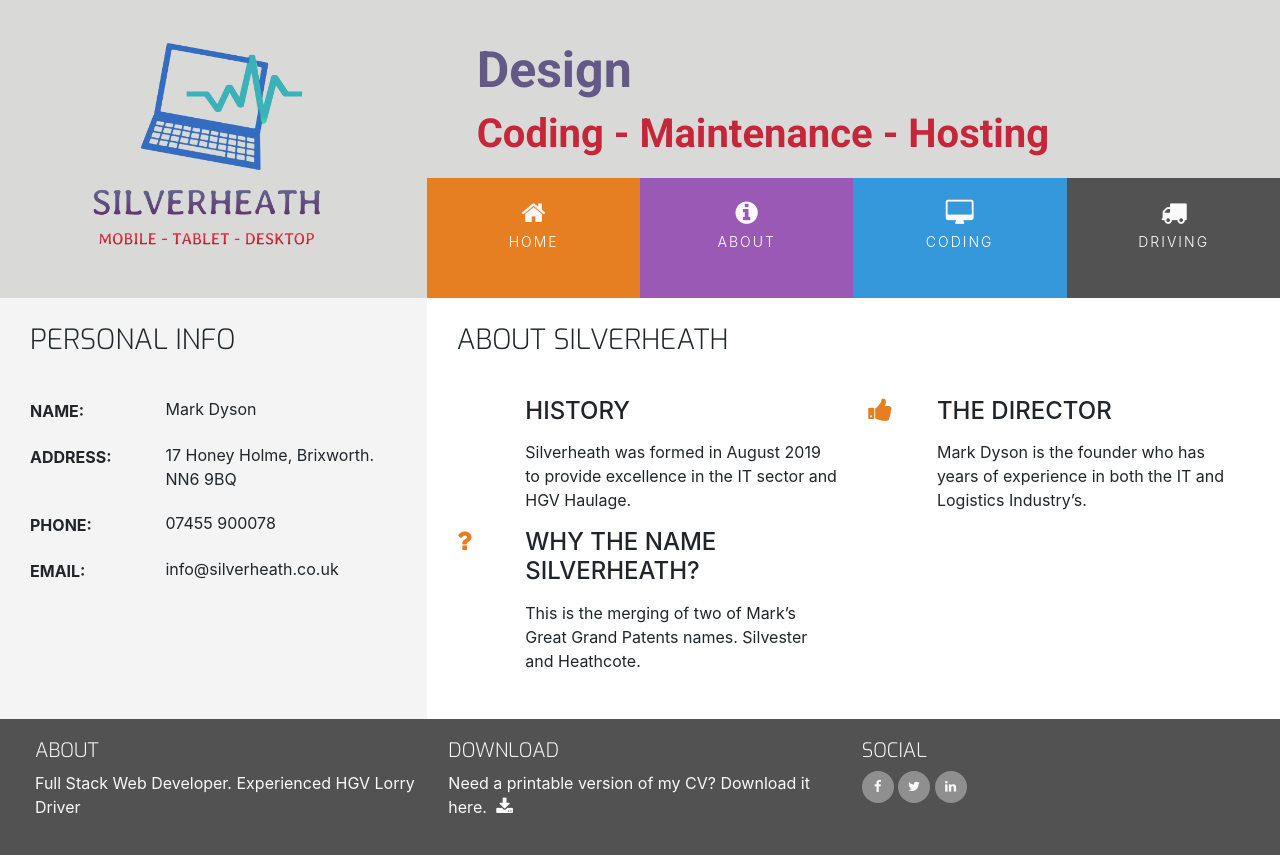
Repository: Code-Institute-Submissions/silverheath
Page: about.html
The author's editor kept a record of every edit. The page is drawn from the files as they stood at one moment, then again after the next edit.
The browser window is 1280 px wide. The pictures show the whole page.
Some web libraries are served in a nearby version.

Above is the page before.

### about.html
<!DOCTYPE html>
<html lang="en">

<head>
    <meta charset="UTF-8">
    <meta name="viewport" content="width=device-width, initial-scale=1.0">
    <meta http-equiv="X-UA-Compatible" content="ie=edge">
    <link rel="stylesheet" href="https://maxcdn.bootstrapcdn.com/bootstrap/4.2.1/css/bootstrap.min.css" type="text/css" />
    <link rel="stylesheet" href="https://maxcdn.bootstrapcdn.com/font-awesome/4.7.0/css/font-awesome.min.css" type="text/css" />
    <link rel="stylesheet" href="https://cdnjs.cloudflare.com/ajax/libs/hover.css/2.1.1/css/hover-min.css" type="text/css" />
    <link rel="stylesheet" href="assets/css/style.css">
    <title>SilverHeath</title>
</head>

<body>
    <header>
        <div class="row no-gutters">
            <a class="col-md-4 logo" href="02-index.html"></a>
            <div class="col-md-8">
                <div class="row no-gutters bg-color-name-title">
                    <div class="col heading">
                        <h1 class="name" <h1 class="name">Design</h1>
                        <h2 class="title">Coding - Maintenance - Hosting</h2>
                    </div>
                </div>
                <div class="row no-gutters">
                    <div class="col">
                        <ul id="nav" class="list-inline menucontainer">
                            <li class="col-6 col-sm-3 list-inline-item ui-menu-color-home menuitem">
                                <a href="index.html" class="hvr-sweep-to-bottom"><i class="fa fa-home" aria-hidden="true"></i><span>Home</span></a>
                            </li>
                            <li class="col-6 col-sm-3 list-inline-item ui-menu-color-about menuitem">
                                <a href="about.html" class="hvr-sweep-to-bottom"><i class="fa fa-info-circle" aria-hidden="true"></i><span>About</span></a>
                            </li>
                            <li class="col-6 col-sm-3 list-inline-item ui-menu-color-contact menuitem">
                                <a href="coding_index.html" class="hvr-sweep-to-bottom"><i class="fa fa-desktop" aria-hidden="true"></i><span>Coding</span></a>
                            </li>
                            <li class="col-6 col-sm-3 list-inline-item ui-menu-color-download menuitem">
                                <a href="lorry_index.html" target="_blank" class="hvr-sweep-to-bottom"><i class="fa fa-truck" aria-hidden="true"></i><span>Driving</span></a>
                            </li>
                        </ul>
                    </div>
                </div>
            </div>
        </div>
    </header>
    <section class="container-fluid">
        <div class="row">
            <div class="col-md-4 bg-color-personal-info section-column">
                <div class="row">
                    <div class="col-12">
                        <h3 class="section-heading uppercase">
                            Personal Info
                        </h3>
                    </div>
                </div>
                <div class="personal-info-item">
                    <div class="key">
                        <p class="uppercase">
                            Name:
                        </p>
                    </div>
                    <div class="value">
                        <p>
                            Mark Dyson
                        </p>
                    </div>
                </div>
                <div class="personal-info-item">
                    <div class="key">
                        <p class="uppercase">
                            Address:
                        </p>
                    </div>
                    <div class="value">
                        <p>
                            17 Honey Holme, Brixworth. NN6 9BQ
                        </p>
                    </div>
                </div>
                <div class="personal-info-item">
                    <div class="key">
                        <p class="uppercase">
                            Phone:
                        </p>
                    </div>
                    <div class="value">
                        <p>
                            07455 900078
                        </p>
                    </div>
                </div>
                <div class="personal-info-item">
                    <div class="key">
                        <p class="uppercase">
                            Email:
                        </p>
                    </div>
                    <div class="value">
                        <p>
                            info@silverheath.co.uk
                        </p>
                    </div>
                </div>
            </div>
            <div class="col-md-8 bg-color-three-reasons section-column">
                <div class="row">
                    <div class="col">
                        <h3 class="section-heading uppercase">About SilverHeath</h3>
                    </div>
                </div>
                <div class="row">
                    <div class="col-10 offset-1 offset-sm-0 col-sm-4 col-md-6">
                        <div class="row">
                            <div class="col-2">
                                <i class="three-reasons-icon fas fa-monument" aria-hidden="true"></i>
                            </div>
                            <div class="col-10">
                                <h4 class="three-reasons-heading uppercase">History</h4>
                                <p>
                                   Silverheath was formed in August 2019 to provide excellence in the IT sector and HGV Haulage.
                                </p>
                            </div>
                        </div>
                    </div>
                    <div class="col-10 offset-1 offset-sm-0 col-sm-4 col-md-6">
                        <div class="row">
                            <div class="col-2">
                                <i class="three-reasons-icon fa fa-thumbs-up" aria-hidden="true"></i>
                            </div>
                            <div class="col-10">
                                <h4 class="three-reasons-heading uppercase">The Director</h4>
                                <p>
                                    Mark Dyson is the founder who has years of experience in both the IT and Logistics Industry’s.
                                </p>
                            </div>
                        </div>
                    </div>
                    <div class="col-10 offset-1 offset-sm-0 col-sm-4 col-md-6">
                        <div class="row">
                            <div class="col-2">
                                <i class="three-reasons-icon fa fa-question" aria-hidden="true"></i>
                            </div>
                            <div class="col-10">
                                <h4 class="three-reasons-heading uppercase">Why the name Silverheath?</h4>
                                <p>
                                    This is the merging of two of Mark’s Great Grand Patents names. Silvester and Heathcote.
                                </p>
                            </div>
                        </div>
                    </div>
                </div>
            </div>
        </div>

    </section>
    <footer class="container-fluid">
        <div id="footer-details" class="row">
            <div class="col-sm-4">
                <h5 class="uppercase general-sub">About</h5>
                <p class="inline-block">
                    Full Stack Web Developer. Experienced HGV Lorry Driver
                </p>
            </div>
            <div class="col-sm-4">
                <h5 class="uppercase general-sub">Download</h5>
                <p class="inline-block">
                    Need a printable version of my CV? Download it here.
                    <a href="assets/cv/cv.pdf" target="_blank" class="cv-pdf">
                                    <i class="fa fa-download" aria-hidden="true"></i>
                                    <span class="sr-only">Download link.</span>
                                </a>
                </p>
            </div>
            <div class="col-sm-4">
                <h5 class="uppercase general-sub">Social</h5>
                <ul class="list-inline social-links">
                    <li class="list-inline-item">
                        <a target="_blank" href="https://www.facebook.com/T123MRD">
                                        <i class="fa fa-facebook" aria-hidden="true"></i>
                                        <span class="sr-only">Facebook</span>
                                    </a>
                    </li>
                    <li class="list-inline-item">
                        <a target="_blank" href="https://twitter.com/md1858">
                                        <i class="fa fa-twitter" aria-hidden="true"></i>
                                        <span class="sr-only">Twitter</span>
                                    </a>
                    </li>
                    <li class="list-inline-item">
                        <a target="_blank" href="https://www.linkedin.com/in/mark-dyson-ba7397a1/">
                                        <i class="fa fa-linkedin" aria-hidden="true"></i>
                                        <span class="sr-only">LinkedIn</span>
                                    </a>
                    </li>



                </ul>
            </div>
        </div>
    </footer>
</body>

</html>

### assets/css/style.css
@import url('https://fonts.googleapis.com/css?family=Roboto:100,200,300,400,500,600,700|Exo:100,200,300,400,500,600,700');

/*--------------------------------------------Colors*/

.bg-color-name-title {
    background-color: #D9D9D8;
}

.bg-color-three-reasons {
    background-color: #fff;
}

.bg-color-personal-info {
    background-color: #f4f4f4;
}

.bg-color-work-history {
    background-color: #9b59b6;
}

.bg-color-contact {
    background-color: #fff;
}

.ui-menu-color-home {
    background-color: #e67e22;
}

.ui-menu-color-resume {
    background-color: #9b59b6;
}

.ui-menu-color-about {
    background-color: #9b59b6;
}

.ui-menu-color-contact {
    background-color: #3498db;
}

.ui-menu-color-download {
    background-color: #525252;
}

.row-table {
    display: table;
}

.section-column {
    display: table-cell;
    padding: 0 30px 30px;
    float: none;
}

.section-heading {
    font-family: "Exo", sans-serif;
    font-weight: 300;
    margin-top: 25px;
    margin-bottom: 40px;
}

/* ----------------------------------------Special paddings/margins/text */

h1,
h2,
h3,
h4 {
    margin: 0;
}

.uppercase {
    text-transform: uppercase;
}

.general-sub {
    font-family: "Exo", sans-serif;
    font-weight: 300;
    color: #fafafa;
}

.inline-block {
    display: inline-block;
}

.row-table {
    display: table;
}

.section-column {
    display: table-cell;
    padding: 0 30px 30px;
    float: none;
}

.history-heading,
.section-heading {
    font-family: "Exo", sans-serif;
    font-weight: 300;
    margin-top: 25px;
    margin-bottom: 40px;
}


/*--------------------------------------------Heading*/

header {
    margin: 0;
}

.heading {
    margin-top: 30px;
    margin-left: 50px;
}

.logo {
    background: url("../images/logo.jpg");
    background-position: center;
    background-repeat: no-repeat;
    background-size: contain;
    background-color: #D9D9D8;
    min-height: 160px;
    transition: all .5s ease-in-out;
    -moz-transition: all .5s ease-in-out;
    -webkit-transition: all .5s ease-in-out;
}

.name {
    font-family: "Roboto", sans-serif;
    font-weight: 800;
    font-size: 50px;
    margin-top: 10px;
    margin-bottom: 10px;
    color: #625986;
}

.title {
    font-family: "Roboto", sans-serif;
    font-weight: 800;
    font-size: 40px;
    margin-top: 5px;
    margin-bottom: 20px;
    color: #C52639;
    text-align: left;
}

.list-inline-item:not(:last-child) {
    margin: 0;
}

.menucontainer {
    font-size: 0;
}

#nav li {
    font-size: 14px;
    padding: 0;
}

#nav {
    margin: 0;
}

.menuitem {
    height: 120px;
    text-align: center;
    padding: 0;
}

.menuitem a {
    width: 100%;
    text-decoration: none;
    color: #fff;
    height: 120px;
}

.menuitem a i {
    padding-top: 22px;
    display: block;
    color: #fafafa;
    font-size: 26px;
}

.menuitem span {
    display: block;
    width: 100%;
    padding-top: 5px;
    text-align: center;
    text-transform: uppercase;
    font-size: 14px;
    font-weight: 300;
    letter-spacing: 2px;
}

/*--------------------------------------------Hover.css*/

.hvr-sweep-to-bottom:before {
    background: rgba(0, 0, 0, 0.2);
    height: 120px;
}

/* ----------------------------------------Footer */

footer {
    background-color: #525252;
    color: #fafafa;
    min-height: 120px;
    margin: 0;
}

.cv-pdf i {
    font-size: 18px;
    color: #fafafa;
    text-align: center;
    padding-left: 5px;
    transition: all 0.35s ease-in-out;
    -moz-transition: all 0.35s ease-in-out;
    -webkit-transition: all 0.35s ease-in-out;
    -o-transition: all 0.35s ease-in-out;
}

.cv-pdf i:hover {
    color: #e84610;
}

.social-links {
    padding-bottom: 15px;
}

.social-links li a i {
    width: 32px;
    height: 32px;
    padding: 12px 0;
    border-radius: 50%;
    font-size: 13px;
    line-height: 7px;
    text-align: center;
    color: #fafafa;
    background: #8f8f8f;
    transition: all 0.35s ease-in-out;
    -moz-transition: all 0.35s ease-in-out;
    -webkit-transition: all 0.35s ease-in-out;
    -o-transition: all 0.35s ease-in-out;
}

.social-links li a i:hover {
    background: #e84610;
}

#footer-details {
    padding: 20px;
}

/* ----------------------------------------Three Reasons */

.three-reasons-icon {
    font-size: 26px;
    color: #e67e22;
}

.three-reasons-heading {
    margin-bottom: 15px;
}

/* ----------------------------------------Personal Info */

.personal-info-item {
    margin-bottom: 20px;
    display: block;
    clear: both;
}

.personal-info-item .key,
.personal-info-item .value {
    padding-right: 8px;
    display: inline-block;
}

.personal-info-item .key p,
.personal-info-item .value p {
    margin: 0;
}

.personal-info-item .key {
    width: 30%;
    margin-right: 21px;
    padding-top: 2px;
    vertical-align: top;
}

.personal-info-item .key p {
    font-weight: 700;
}

.personal-info-item .value {
    position: relative;
    width: 60%;
}

/* ----------------------------------------Skills */

.progress {
    position: relative;
    height: 25px;
    margin-bottom: 4px;
}

.progress-type {
    position: absolute;
    left: 0px;
    font-weight: 400;
    padding: 3px 30px 2px 10px;
    color: #fafafa;
    background-color: rgba(25, 25, 25, 0.2);
}

.progress-section {
    margin: 40px 20px;
}

/* ----------------------------------------Work History */

.history-heading {
    color: #fafafa;
    margin-bottom: 50px;
}

.timeline-item {
    padding: 4em 2em 0em 2em;
    position: relative;
    color: #fafafa;
    border-left: 1px solid;
}

.timeline-item p {
    padding: 0;
    margin: 0;
}

.timeline-item:before {
    content: attr(data-dates);
    position: absolute;
    left: 2.5em;
    top: 3em;
    display: block;
    font-family: "Exo", sans-serif;
    font-weight: 500;
    font-size: 0.8em;
    padding: 0;
    margin: 0;
}

.timeline-item:after {
    width: 12px;
    height: 12px;
    display: block;
    top: 2.4em;
    position: absolute;
    left: -6px;
    border-radius: 12px;
    content: '';
    background: #fafafa;
}

.history-items {
    margin-bottom: 30px;
}

/* ----------------------------------------Contact Form */

.contact-heading {
    font-family: "Exo", sans-serif;
    font-weight: 300;
    margin-top: 25px;
    margin-bottom: 20px;
}

.center-form {
    padding-top: 10px;
    margin: 0 auto;
    max-width: 70%;
}

button[type="submit"] {
    margin-top: 15px;
    margin-bottom: 20px;
    color: #fafafa;
    background-color: #e84610;
}

/* ----------------------------------------Media Queries */

@media(min-width: 992px) {
    .center-form {
        padding-top: 30px;
        min-height: 240px;
        margin: 0 auto;
        max-width: 50%;
    }
}

After the next edit:
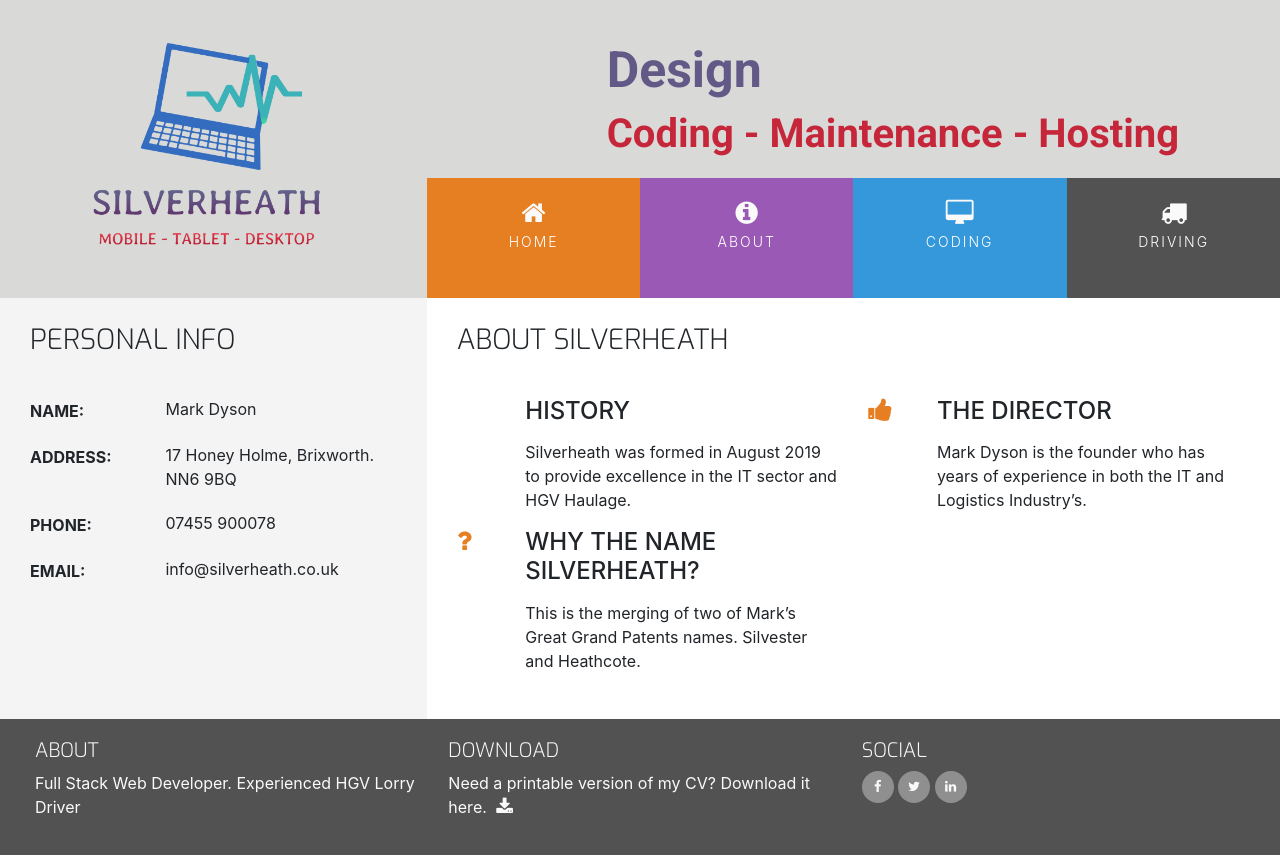
The edit:
--- a/assets/css/style.css
+++ b/assets/css/style.css
@@ -109,7 +109,8 @@
 
 .heading {
     margin-top: 30px;
-    margin-left: 50px;
+    margin-left: 180px;
+
 }
 
 .logo {
